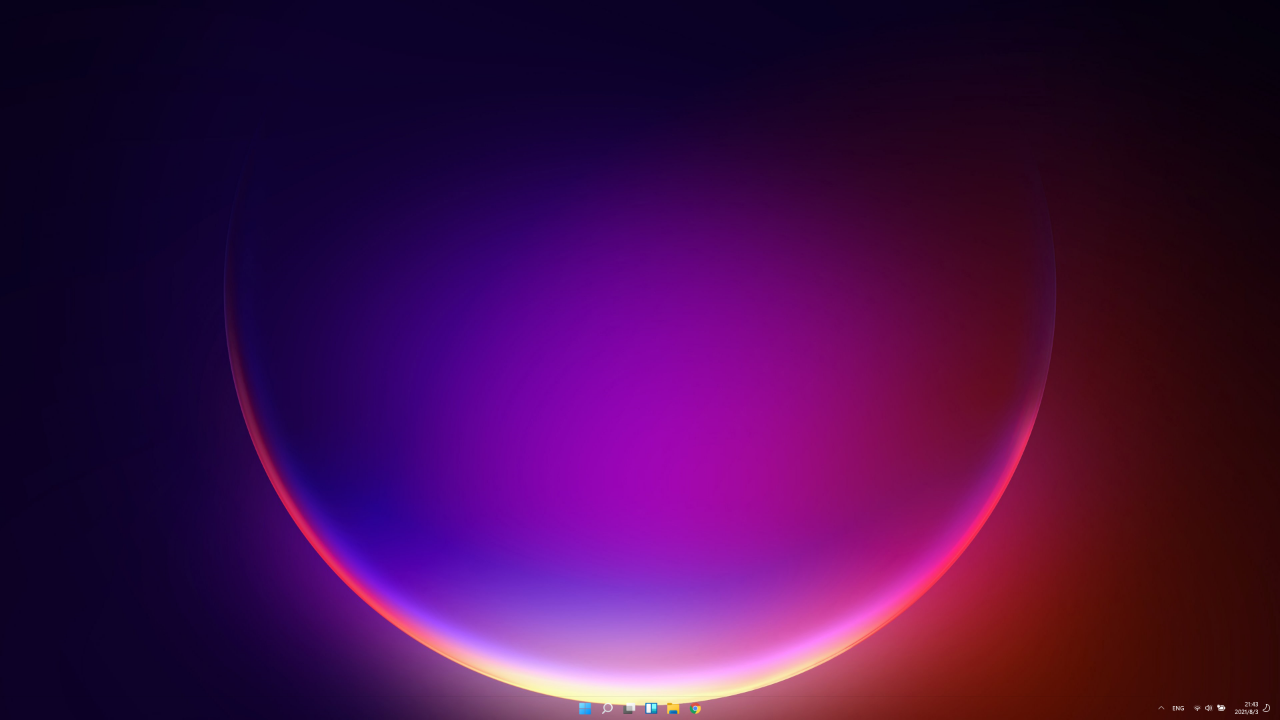
Repository: ErosHai/Home
Page: / (app in vscode/webpack/)
These files come from the project's save history. The page is drawn as it stood at one moment and after a run of saves; the edit follows.
The browser window is 1280 px wide. The pictures show the whole page.
The project was rebuilt for these pictures with package versions that can differ from the ones it lists, and the page was loaded fresh each time. Also part of the build but not shown: vscode/webpack/webpack.config.js.

Above is the page before, as saved 2021-08-31 17:04:22.

### vscode/webpack/index.html
<!DOCTYPE html>
<html lang="en">
<head>
  <meta charset="UTF-8">
  <meta http-equiv="X-UA-Compatible" content="IE=edge">
  <meta name="viewport" content="width=device-width, initial-scale=1.0">
  <title>Webpack</title>
</head>
<body>

  <div id="app"></div>

   <!-- webpack 模块化打包工具 -->
  <script src="./dist/bundle.js"></script>

</body>
</html>

### vscode/webpack/main.js
const { default: Vue } = require('vue');
const {name, sum} = require('./src/js/bbb.js')

console.log(name);
console.log(sum(265,23));

require('./src/css/normal.css')

require('./src/css/less.less')

require('./src/img/windows11.png')

const App = {

}

const vm = new Vue({
  el:'#app',
  template:'<App />',
  components:{
    App
  }
})

### vscode/webpack/src/js/bbb.js
let name = 'xiaoming';

function sum(num1, num2) {
  return num1 + num2
}


export {
  name,
  sum
}

export class Person {
  run(){
    console.log('run');
  }
}

export function ins(num1,num2) {
  return num1 * num2
}

const address = '杭州市'
export default address

### vscode/webpack/src/css/normal.css
*{
  margin: 0;
  padding: 0;
}

body{
  background-color: aqua;
}

### vscode/webpack/src/css/less.less
@fontSize: 50px;
@fontColor: #fff;

body {
  font-size: @fontSize;
  color: @fontColor;
  text-align: center;
  line-height: 50vh;
  margin: 0 auto;
  background: url('../img/windows11.png')  no-repeat;
  background-size : cover;
  height: 100vh;
}

### vscode/webpack/src/vue/app.js
export default{
    template:`
    <div>
      <h2> {{ msg }}</h2>
      <h2> {{ name }}</h2>
    </div>
  `,
  data(){
    return {
      msg: 'Hello Webpack',
      name: 'Yang Li'
    }
  }
}

After the next 4 saves:
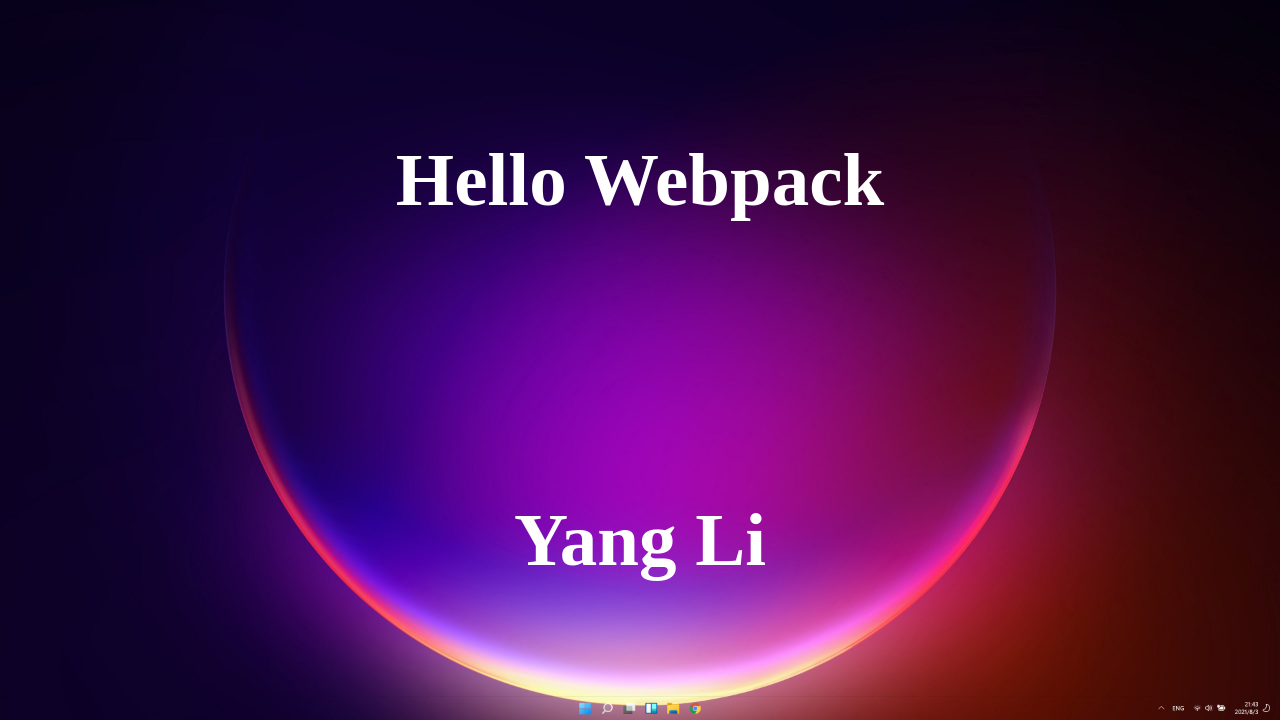
The 4 saves are shown as one change because 3 did not build or start.
The last was saved 106 s later.
--- a/vscode/webpack/main.js
+++ b/vscode/webpack/main.js
@@ -10,9 +10,7 @@ require('./src/css/less.less')
 
 require('./src/img/windows11.png')
 
-const App = {
-
-}
+import App from './src/vue/app.js';
 
 const vm = new Vue({
   el:'#app',
